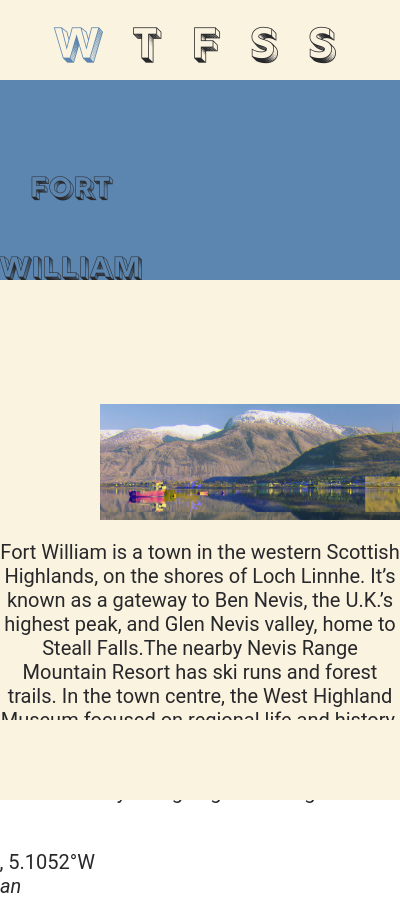
Repository: etak-yram/FINAL-CFG-WEB-DEV
Page: wednesday.html
An editor plug-in stored every save of this project. The page is shown before and after the next save, followed by the edit.
The browser window is 375 px wide. The page is 400 px wide, so the pictures cover 400 px, including what lies to the right of the window. The pictures show the whole page.

Above is the page before, as saved 2022-07-27 13:37:03.

### wednesday.html
<!DOCTYPE html>
<html lang="en">

<style>
    #menu-item-wed {
    color: #5c86af;
}

    #aside-color-w {
    background-color: #5c86af;
}

    #aside-text-wed {
        font-size: 6em;
    }

    #aside-text-wed {
        font-size: 6em;
    }
</style>

<head>
    <meta charset="UTF-8">
    <meta http-equiv="X-UA-Compatible" content="IE=edge">
    <meta name="viewport" content="width=device-width, initial-scale=1.0">
    <link rel="stylesheet" type="text/css" href="style-main.css"/>

    <title>WED</title>
</head>
<body>
        <aside id="aside-color-w">
            <div class="aside-text-h" id="aside-text-wed">
                <h1>Fort<br>William</h1>
            </div>
        </aside>

        <subtext>
            <p class="sub-text">56.8198° N, 5.1052°W<br><em>An Gearasdan</em></p>
        </subtext>

        <header>
            <ul class="navbar">
                <li><a href="/wednesday.html" id="menu-item-wed" class="menu-item">Wed</a></li>
                <li><a href="/thursday.html" id="menu-item-thu" class="menu-item">Thu</a></li>
                <li><a href="/friday.html" id="menu-item-fri" class="menu-item">Fri</a></li>
                <li><a href="/saturday.html" id="menu-item-sat" class="menu-item">Sat</a></li>
                <li><a href="/sunday.html" id="menu-item-sun" class="menu-item">Sun</a></li>
            </ul>
        </header>



        <mobile-header>
            <ul class="mobile-navbar">
                <li><a href="/wednesday.html" id="menu-item-wed" class="menu-item">W</a></li>
                <li><a href="/thursday.html" id="menu-item-thu" class="menu-item">T</a></li>
                <li><a href="/friday.html" id="menu-item-fri" class="menu-item">F</a></li>
                <li><a href="/saturday.html" id="menu-item-sat" class="menu-item">S</a></li>
                <li><a href="/sunday.html" id="menu-item-sun" class="menu-item">S</a></li>
            </ul>
        </mobile-header>



        <main-img>
            <div>
                <img class="home-image" src="/images/Fort William.png">
            </div>
        </main-img>

        <main><p>Fort William is a town in the western Scottish Highlands, on the shores of Loch Linnhe. It’s known as a gateway to Ben Nevis, the U.K.’s highest peak, and Glen Nevis valley, home to Steall Falls.The nearby Nevis Range Mountain Resort has ski runs and forest trails. In the town centre, the West Highland Museum focused on regional life and history.<br><br>
        We will travel through the stunning Glencoe on the way - It's going to be magical ♡</p></main>

        <footer></footer>

        <rightside></rightside>

</html>

### style-main.css
@font-face {
  font-family: halftone;
  src: url("/fonts/MyFontsWebfontsKit/webFonts/RigBoldHalftone/font.woff");
}
@import url('https://fonts.googleapis.com/css2?family=Roboto:wght@100&display=swap');
/* font-family: 'Roboto', sans-serif; */

body, html {
  height: 100vh;
}


body {
  margin: 0;
  display: grid;
  grid-template-columns: 21% 15% 20% 30% 21% ;
  grid-template-rows: 10% auto auto 10%;
  grid-template-areas:
    "sidebar subtext header header aside"
    "sidebar subtext main-img main-img aside"
    "sidebar subtext main main aside"
    "sidebar footer footer footer aside";
}


/* right sidebar */

rightside {
  grid-area: aside;
  background-color:#faf3e0;
}

/* sidebar */
aside {
  grid-area: sidebar;
}

.aside-text-h {
  transform: rotate(-90deg);
  transform-origin:bottom right;
  padding-top: 100px;
}

.aside-text-h h1 {
  font-family: halftone;
  color: #28282B;
  line-height: 130px;
}

/* subtext */

subtext {
  grid-area: subtext;
  background-color:#faf3e0;
}

.sub-text {
  font-family: 'Roboto', sans-serif;
  color:#28282B;
  font-size: 25px;
  transform: rotate(-90deg);
  transform-origin:bottom;
  padding-top: 550px;
  margin-left: -100px;
}


/* navbar */



header {
  grid-area: header;
  background-color:#faf3e0;
}


.navbar {
  display: flex;
  list-style: none;
  justify-content: center;
  justify-items: center;

}

.navbar a {
  font-family: halftone;
  text-decoration: none;
  color: #28282B;
  font-size: 4rem;
  padding: 20px;
}

#menu-item-wed:hover {
	color: #5c86af;
}
#menu-item-thu:hover {
	color: #ff914d;
}
#menu-item-fri:hover {
	color: #ffde59;
}
#menu-item-sat:hover {
	color: #03989e;
}
#menu-item-sun:hover {
	color: #b071c2;
}

/* main image  */

main-img {
  grid-area: main-img;
  background-color:#faf3e0;
  display: flex;
  align-items: center;
  padding-left: 100px;
  padding-top: 100px;
}

.home-image {
  width: 800px;
}


/* paragraph of info */
main {
  grid-area: main;
  background-color: #faf3e0;
  text-align: center;
}

main p {
  font-family: 'Roboto', sans-serif;
  color:#28282B;
  font-size: 20px;
}


/* footer */
footer {
  grid-area: footer;
  background-color:#faf3e0;
}





























/* Media Queries */

/* Extra small devices (phones, 600px and down) */
@media only screen and (max-width: 600px) {

  body {
    margin: 0;
    display: grid;
    grid-template-columns: 1fr;
    grid-template-rows: 10% 25% 10% 20% 25% 10%;
    grid-template-areas:
      "header"
      "sidebar"
      "subtext"
      "main-img"
      "main"
      "footer";
  }

  header {
    display: none;
    padding: none;
  }

  mobile-header {
    grid-area: header;
    background-color:#faf3e0;
  }


  .mobile-navbar {
    display: flex;
    list-style: none;

  }

  .mobile-navbar a {
    font-family: halftone;
    text-decoration: none;
    color: #28282B;
    font-size: 3rem;
    padding: 15px;

  }


/* sidebar */
aside {
  grid-area: sidebar;
  display: flex;
  align-self: center;
  text-align: center;
}


.aside-text-h h1 {
  font-family: halftone;
  color: #28282B;
  font-size: 32px;
  line-height: 80px;
}


.aside-text-h {
  transform: none;
  transform-origin: none;
}


/* subtext */

subtext {
  grid-area: subtext;
  background-color:#faf3e0;
}

.sub-text {
  font-family: 'Roboto', sans-serif;
  color:#28282B;
  font-size: 20px;
  transform: none;
}





/* main image  */

main-img {
  grid-area: main-img;
  background-color:#faf3e0;
  display: flex;
  align-items: center;
}

.home-image {
  width: 80vw;
}


/* paragraph of info */
main {
  grid-area: main;
  background-color: #faf3e0;
  text-align: center;
}

main p {
  font-family: 'Roboto', sans-serif;
  color:#28282B;
  font-size: 20px;
}


/* footer */
footer {
  grid-area: footer;
  background-color:#faf3e0;
}


  }

/* Small devices (portrait tablets and large phones, 600px and up) */
@media only screen and (min-width: 600px) {}
/* Medium devices (landscape tablets, 768px and up) */
@media only screen and (min-width: 768px) {}

/* Large devices (laptops/desktops, 992px and up) */
@media only screen and (min-width: 992px) {
  mobile-header {
    display: none;
  }
}

/* Extra large devices (large laptops and desktops, 1200px and up) */
@media only screen and (min-width: 1200px) {
  mobile-header {
    display: none;
  }
}

After the next save:
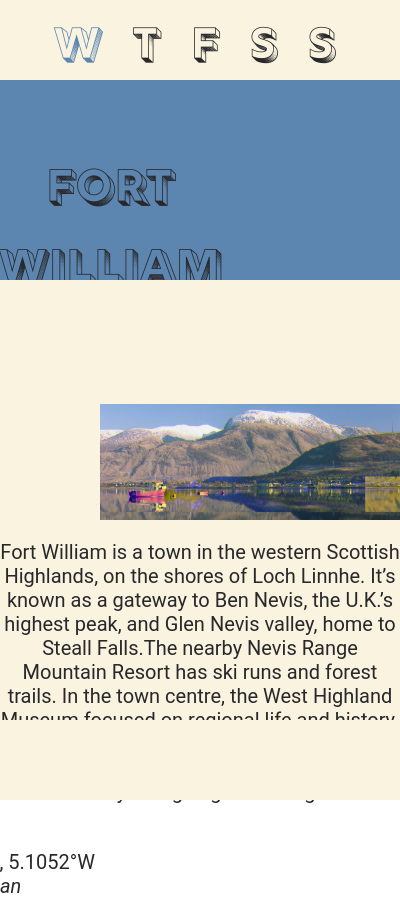
Saved 11 s later.
--- a/style-main.css
+++ b/style-main.css
@@ -229,7 +229,7 @@ aside {
 .aside-text-h h1 {
   font-family: halftone;
   color: #28282B;
-  font-size: 32px;
+  font-size: 50px;;
   line-height: 80px;
 }
 
